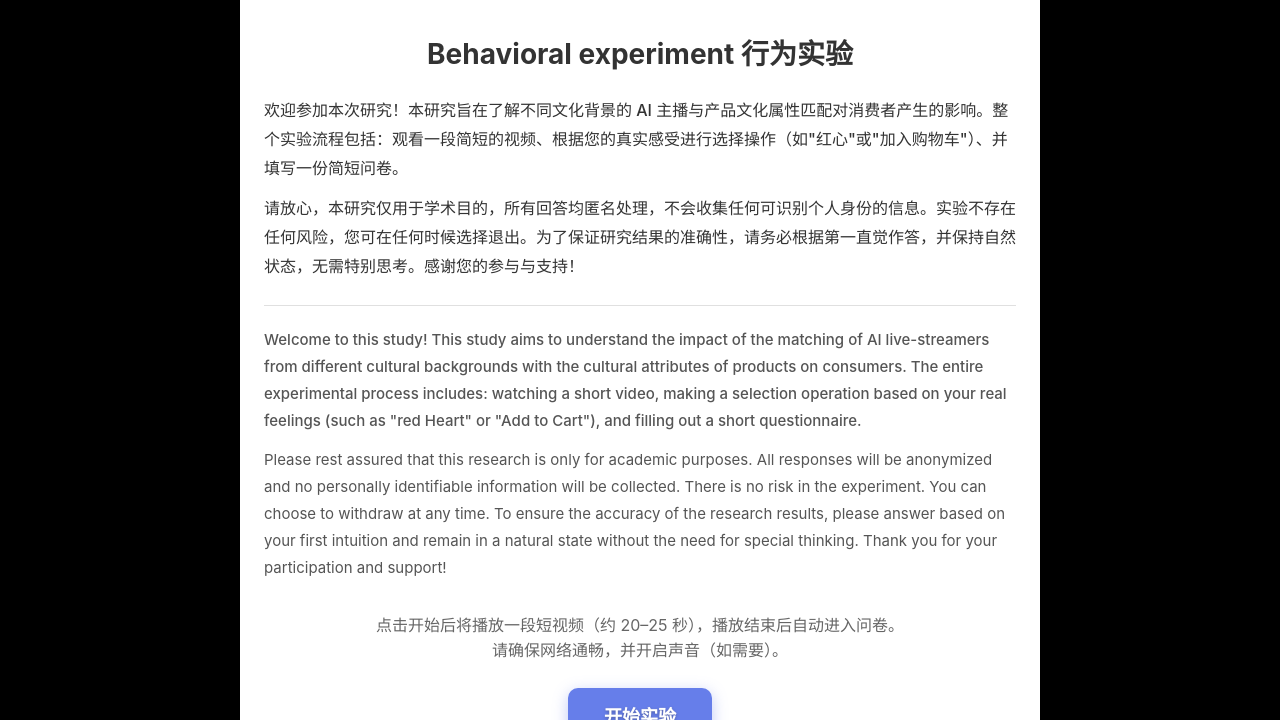
Repository: eshubmy-blip/study3-demo
Page: /
An editor plug-in stored every save of this project. The page is shown before and after the next save, followed by the edit.
The browser window is 1280 px wide. The pictures show the whole page.
An inner scrolling area shows only its first screen. The project was rebuilt for these pictures with package versions that can differ from the ones it lists, and the page was loaded fresh each time. Also part of the build but not shown: vite.config.js, src/utils/videos.js, src/components/VideoExperiment.css, src/components/VideoExperiment.jsx, src/components/Questionnaire.css, src/utils/supabase.js, src/utils/insertStudy3Row.js, src/components/Questionnaire.jsx.

Above is the page before, as saved 2025-12-13 23:47:18.

### index.html
<!DOCTYPE html>
<html lang="zh-CN">
  <head>
    <meta charset="UTF-8" />
    <meta name="viewport" content="width=device-width, initial-scale=1.0, maximum-scale=1.0, user-scalable=no" />
    <meta name="apple-mobile-web-app-capable" content="yes" />
    <meta name="apple-mobile-web-app-status-bar-style" content="black-translucent" />
    <title>Study 3 行为实验</title>
  </head>
  <body>
    <div id="root"></div>
    <script type="module" src="/src/main.jsx"></script>
  </body>
</html>

### src/App.jsx
import { useState, useEffect } from 'react'
import StartPage from './components/StartPage'
import VideoExperiment from './components/VideoExperiment'
import Questionnaire from './components/Questionnaire'
import { generateUserId } from './utils/uuid'
import './App.css'

function App() {
  const [currentStep, setCurrentStep] = useState('start') // 'start' | 'video' | 'questionnaire'
  const [userId, setUserId] = useState(null)
  const [behaviorData, setBehaviorData] = useState(null)
  // 交互状态管理（状态提升）
  const [interactionState, setInteractionState] = useState({
    likeClicked: false,
    cartClicked: false
  })

  useEffect(() => {
    const id = generateUserId()
    setUserId(id)
    console.log('用户ID已生成:', id)
  }, [])

  const handleStart = () => {
    // 这一次点击 = 用户交互
    // 立即创建一个临时视频元素来解锁音频播放权限
    const tempVideo = document.createElement('video')
    tempVideo.muted = false
    tempVideo.volume = 1.0
    // 尝试播放一个空视频来解锁权限
    tempVideo.play().then(() => {
      tempVideo.pause()
      tempVideo.remove()
    }).catch(() => {
      tempVideo.remove()
    })

    // 重置交互状态（新开始实验）
    setInteractionState({
      likeClicked: false,
      cartClicked: false
    })
    setCurrentStep('video')
  }

  const handleVideoComplete = (data) => {
    console.log('行为数据已记录:', data)
    setBehaviorData(data)
    setCurrentStep('questionnaire')
  }

  const handleBackToVideo = () => {
    // 从 behaviorData 恢复交互状态（如果存在）
    if (behaviorData) {
      setInteractionState({
        likeClicked: behaviorData.like === 1,
        cartClicked: behaviorData.cart === 1
      })
    }
    setCurrentStep('video')
  }

  // 处理交互状态变化
  const handleInteractionChange = (type, value) => {
    setInteractionState(prev => ({
      ...prev,
      [type]: value
    }))
  }

  if (!userId) {
    return (
      <div className="app-loading">
        <div className="loading-spinner">初始化中...</div>
      </div>
    )
  }

  return (
    <div className="app-container">
      {currentStep === 'start' && (
        <StartPage onStart={handleStart} />
      )}

      {currentStep === 'video' && (
        <VideoExperiment
          onComplete={handleVideoComplete}
          initialLikeState={interactionState.likeClicked}
          initialCartState={interactionState.cartClicked}
          onInteractionChange={handleInteractionChange}
        />
      )}

      {currentStep === 'questionnaire' && behaviorData && (
        <Questionnaire
          behaviorData={behaviorData}
          userId={userId}
          onBack={handleBackToVideo}
        />
      )}
    </div>
  )
}

export default App

### src/index.css
* {
  margin: 0;
  padding: 0;
  box-sizing: border-box;
}

body {
  font-family: -apple-system, BlinkMacSystemFont, 'Segoe UI', 'Roboto', 'Oxygen',
    'Ubuntu', 'Cantarell', 'Fira Sans', 'Droid Sans', 'Helvetica Neue',
    sans-serif;
  -webkit-font-smoothing: antialiased;
  -moz-osx-font-smoothing: grayscale;
  background-color: #000;
  color: #fff;
  overflow: hidden;
  user-select: none;
  -webkit-user-select: none;
  -webkit-tap-highlight-color: transparent;
}

#root {
  width: 100vw;
  height: 100vh;
  overflow: hidden;
}

/* 移动端优化 */
@media (max-width: 768px) {
  body {
    font-size: 16px;
  }
}

### src/components/StartPage.jsx
// src/components/StartPage.jsx
export default function StartPage({ onStart }) {
    return (
      <div
        style={{
          minHeight: "100vh",
          display: "flex",
          flexDirection: "column",
          alignItems: "center",
          justifyContent: "flex-start",
          padding: "32px 24px",
          textAlign: "center",
          overflowY: "auto",
          maxWidth: "800px",
          margin: "0 auto",
          backgroundColor: "#fff",
          color: "#333",
        }}
      >
        <h2 style={{ marginBottom: 24, fontSize: "28px", fontWeight: "700" }}> Behavioral experiment 行为实验</h2>

        <div
          style={{
            marginBottom: 32,
            textAlign: "left",
            lineHeight: 1.8,
            color: "#333",
          }}
        >
          <div style={{ marginBottom: 20, fontSize: "16px" }}>
            <p style={{ marginBottom: 12, fontWeight: "500" }}>
              欢迎参加本次研究！本研究旨在了解不同文化背景的 AI 主播与产品文化属性匹配对消费者产生的影响。整个实验流程包括：观看一段简短的视频、根据您的真实感受进行选择操作（如"红心"或"加入购物车"）、并填写一份简短问卷。
            </p>
            <p style={{ marginBottom: 12 }}>
              请放心，本研究仅用于学术目的，所有回答均匿名处理，不会收集任何可识别个人身份的信息。实验不存在任何风险，您可在任何时候选择退出。为了保证研究结果的准确性，请务必根据第一直觉作答，并保持自然状态，无需特别思考。感谢您的参与与支持！
            </p>
          </div>

          <div style={{
            marginTop: 24,
            paddingTop: 20,
            borderTop: "1px solid #e0e0e0",
            fontSize: "15px",
            color: "#555"
          }}>
            <p style={{ marginBottom: 12, fontWeight: "500" }}>
              Welcome to this study! This study aims to understand the impact of the matching of AI live-streamers from different cultural backgrounds with the cultural attributes of products on consumers. The entire experimental process includes: watching a short video, making a selection operation based on your real feelings (such as "red Heart" or "Add to Cart"), and filling out a short questionnaire.
            </p>
            <p style={{ marginBottom: 0 }}>
              Please rest assured that this research is only for academic purposes. All responses will be anonymized and no personally identifiable information will be collected. There is no risk in the experiment. You can choose to withdraw at any time. To ensure the accuracy of the research results, please answer based on your first intuition and remain in a natural state without the need for special thinking. Thank you for your participation and support!
            </p>
          </div>
        </div>

        <p style={{
          marginBottom: 24,
          lineHeight: 1.6,
          fontSize: "16px",
          color: "#666"
        }}>
          点击开始后将播放一段短视频（约 20–25 秒），播放结束后自动进入问卷。
          <br />
          请确保网络通畅，并开启声音（如需要）。
        </p>

        <button
          onClick={onStart}
          style={{
            fontSize: 18,
            padding: "14px 36px",
            borderRadius: 10,
            border: "none",
            cursor: "pointer",
            backgroundColor: "#667eea",
            color: "#ffffff",
            fontWeight: "700",
            textShadow: "0 1px 3px rgba(0, 0, 0, 0.3), 0 0 1px rgba(255, 255, 255, 0.5)",
            boxShadow: "0 4px 15px rgba(102, 126, 234, 0.4)",
            transition: "all 0.3s ease",
          }}
          onMouseEnter={(e) => {
            e.target.style.transform = "translateY(-2px)";
            e.target.style.boxShadow = "0 6px 20px rgba(102, 126, 234, 0.6)";
          }}
          onMouseLeave={(e) => {
            e.target.style.transform = "translateY(0)";
            e.target.style.boxShadow = "0 4px 15px rgba(102, 126, 234, 0.4)";
          }}
        >
          开始实验
        </button>
      </div>
    );
  }

### src/utils/uuid.js
/**
 * 生成唯一用户ID（UUID v4简化版）
 */
export function generateUserId() {
  // 检查localStorage是否已有user_id
  const existingId = localStorage.getItem('study3_user_id');
  if (existingId) {
    return existingId;
  }

  // 生成新的UUID
  const uuid = 'xxxxxxxx-xxxx-4xxx-yxxx-xxxxxxxxxxxx'.replace(/[xy]/g, function(c) {
    const r = Math.random() * 16 | 0;
    const v = c === 'x' ? r : (r & 0x3 | 0x8);
    return v.toString(16);
  });

  // 保存到localStorage
  localStorage.setItem('study3_user_id', uuid);
  return uuid;
}

### src/App.css
.app-container {
  width: 100vw;
  height: 100vh;
  overflow: hidden;
  position: relative;
}

.app-loading {
  width: 100vw;
  height: 100vh;
  display: flex;
  justify-content: center;
  align-items: center;
  background-color: #000;
  color: #fff;
  font-size: 18px;
}

.loading-spinner {
  animation: pulse 1.5s ease-in-out infinite;
}

@keyframes pulse {
  0%, 100% {
    opacity: 1;
  }
  50% {
    opacity: 0.5;
  }
}

Loaded but not shown: src/main.jsx (common file)

After the next save:
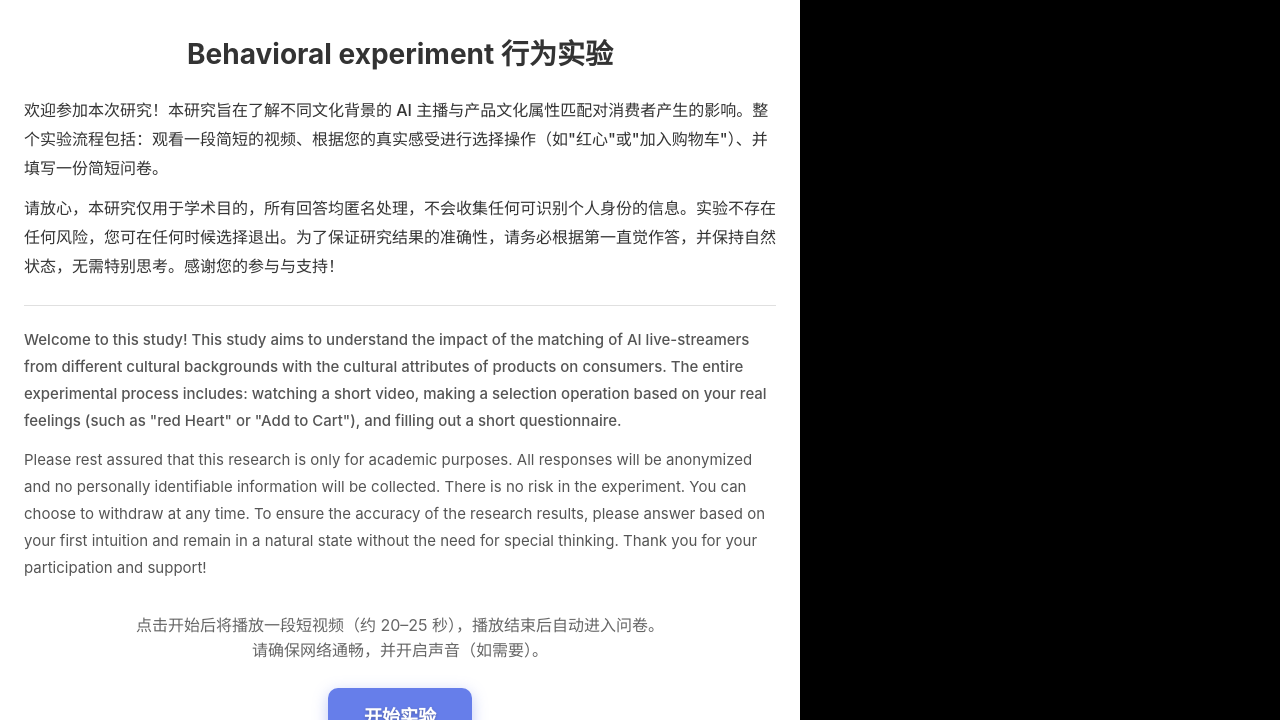
Saved 4 min 47 s later.
--- a/src/components/StartPage.jsx
+++ b/src/components/StartPage.jsx
@@ -3,7 +3,8 @@ export default function StartPage({ onStart }) {
     return (
       <div
         style={{
-          minHeight: "100vh",
+          width: "100vw",
+          height: "100vh",
           display: "flex",
           flexDirection: "column",
           alignItems: "center",
@@ -11,10 +12,16 @@ export default function StartPage({ onStart }) {
           padding: "32px 24px",
           textAlign: "center",
           overflowY: "auto",
+          overflowX: "hidden",
+          WebkitOverflowScrolling: "touch",
           maxWidth: "800px",
           margin: "0 auto",
           backgroundColor: "#fff",
           color: "#333",
+          position: "absolute",
+          top: 0,
+          left: 0,
+          zIndex: 1,
         }}
       >
         <h2 style={{ marginBottom: 24, fontSize: "28px", fontWeight: "700" }}> Behavioral experiment 行为实验</h2>
